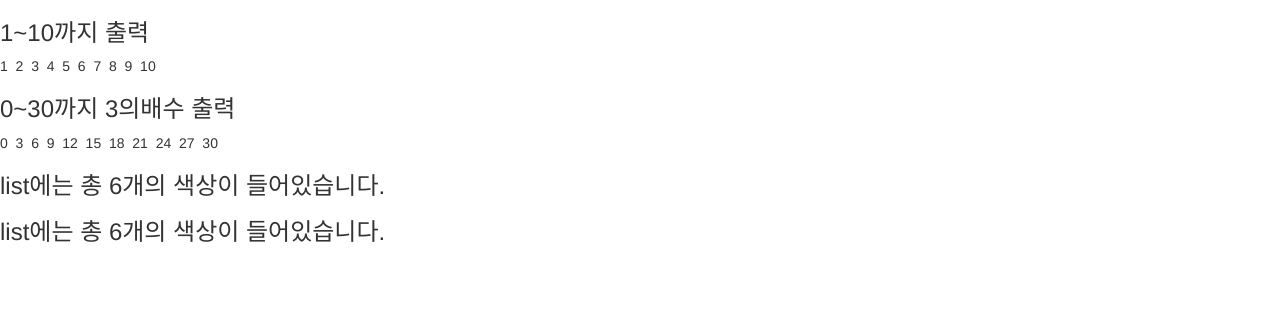
Repository: jungbee2/jungproject
Page: http://localhost/JstlProject/day0330/ex5_foreach.jsp
These files come from the project's save history. The page is drawn as it stood at one moment and after the next save; the edit follows.
The browser window is 1280 px wide. The pictures show the whole page.
Some web fonts or font styles are not loaded; a fallback is used. The page is served by Tomcat 9.

Above is the page before, as saved 2023-03-30 02:27:15.

After the next save:
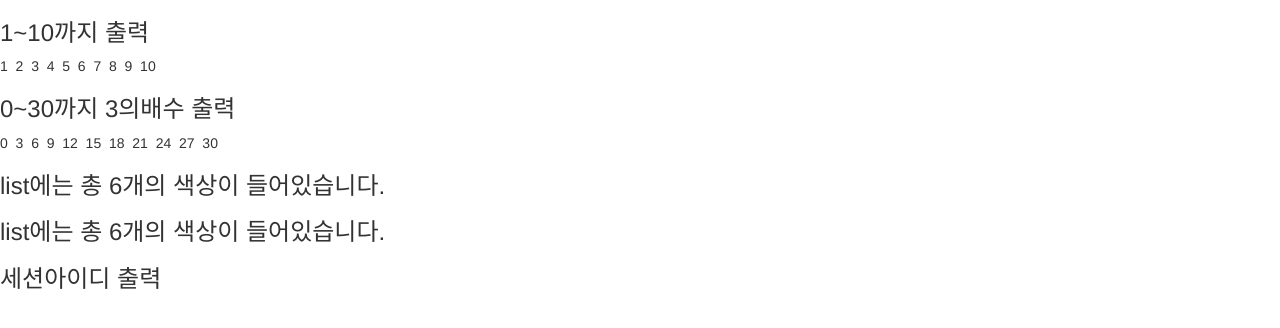
Saved 10 s later.
--- a/JstlProject/src/main/webapp/day0330/ex5_foreach.jsp
+++ b/JstlProject/src/main/webapp/day0330/ex5_foreach.jsp
@@ -51,5 +51,7 @@
 <!-- requestScope 생략가능 -->
 <h3>list에는 총 ${requestScope.total }개의 색상이 들어있습니다.</h3>
 <h3>list에는 총 ${total }개의 색상이 들어있습니다.</h3>
+
+<h3>세션아이디 출력</h3>
 </body>
 </html>
